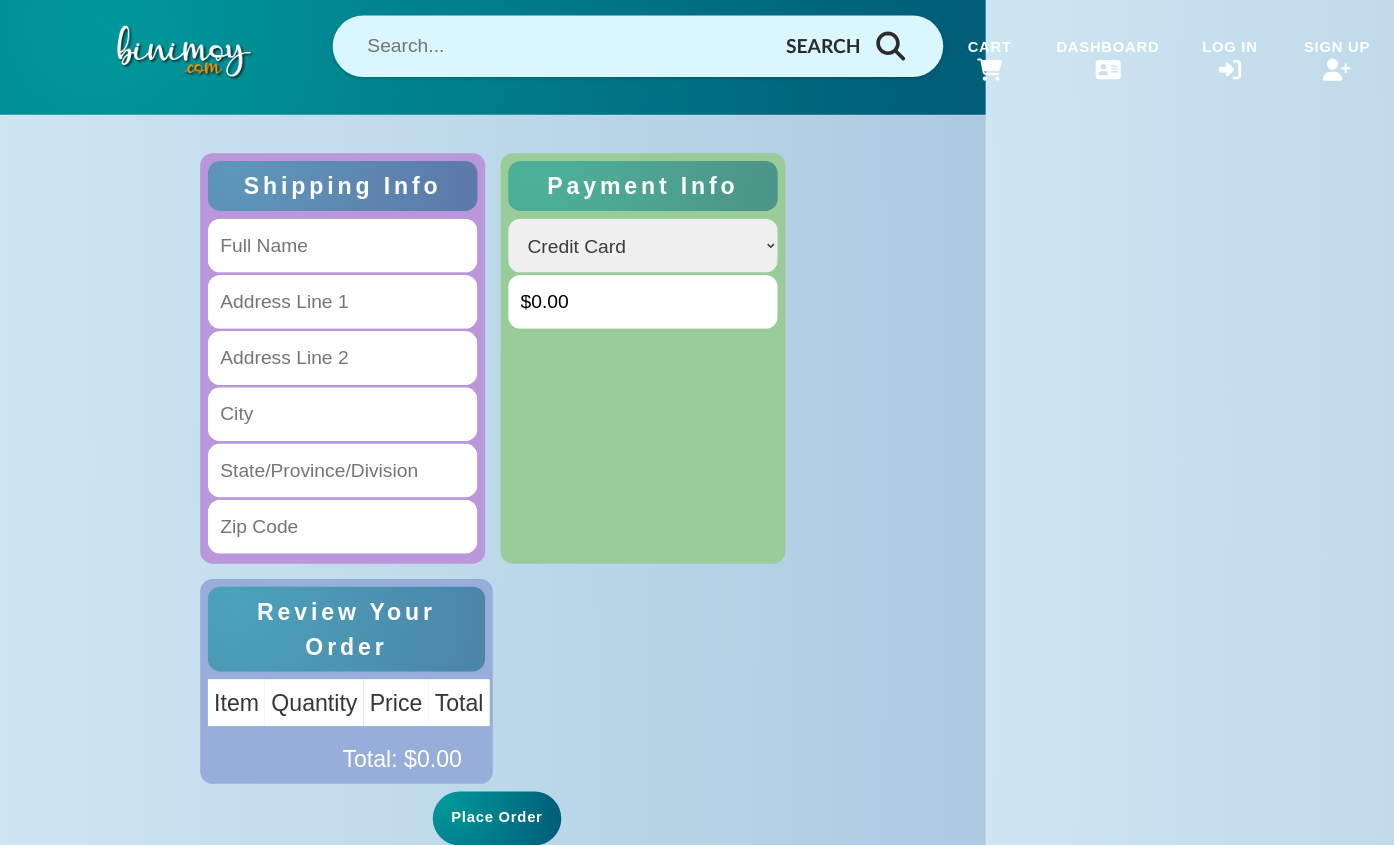
Repository: Shadman2024/2_1_DatabaseProject
Page: /checkout (app in frontend/)
The author's editor kept a copy of each file at every save. The page is drawn from the files as they stood at one save, then again after a run of saves.
The browser window is 1280 px wide. The page is 1811 px wide, so the pictures cover 1811 px, including what lies to the right of the window. The pictures show the whole page, at 77% of full size.
Some web libraries are served in a nearby version. The project was rebuilt for these pictures with package versions that can differ from the ones it lists, and the page was loaded fresh each time. Also part of the build but not shown: frontend/src/App.css, frontend/src/signUp/signup.js, frontend/src/logIn/login.js, frontend/src/Home/home.module.css, frontend/src/Home/hero.js, frontend/src/Home/hero2.js, frontend/src/Home/hero3.js, frontend/src/Home/smallcategory.module.css and 31 more.

Above is the page before, as saved 2024-03-08 15:48:15.

After the next 2 saves:
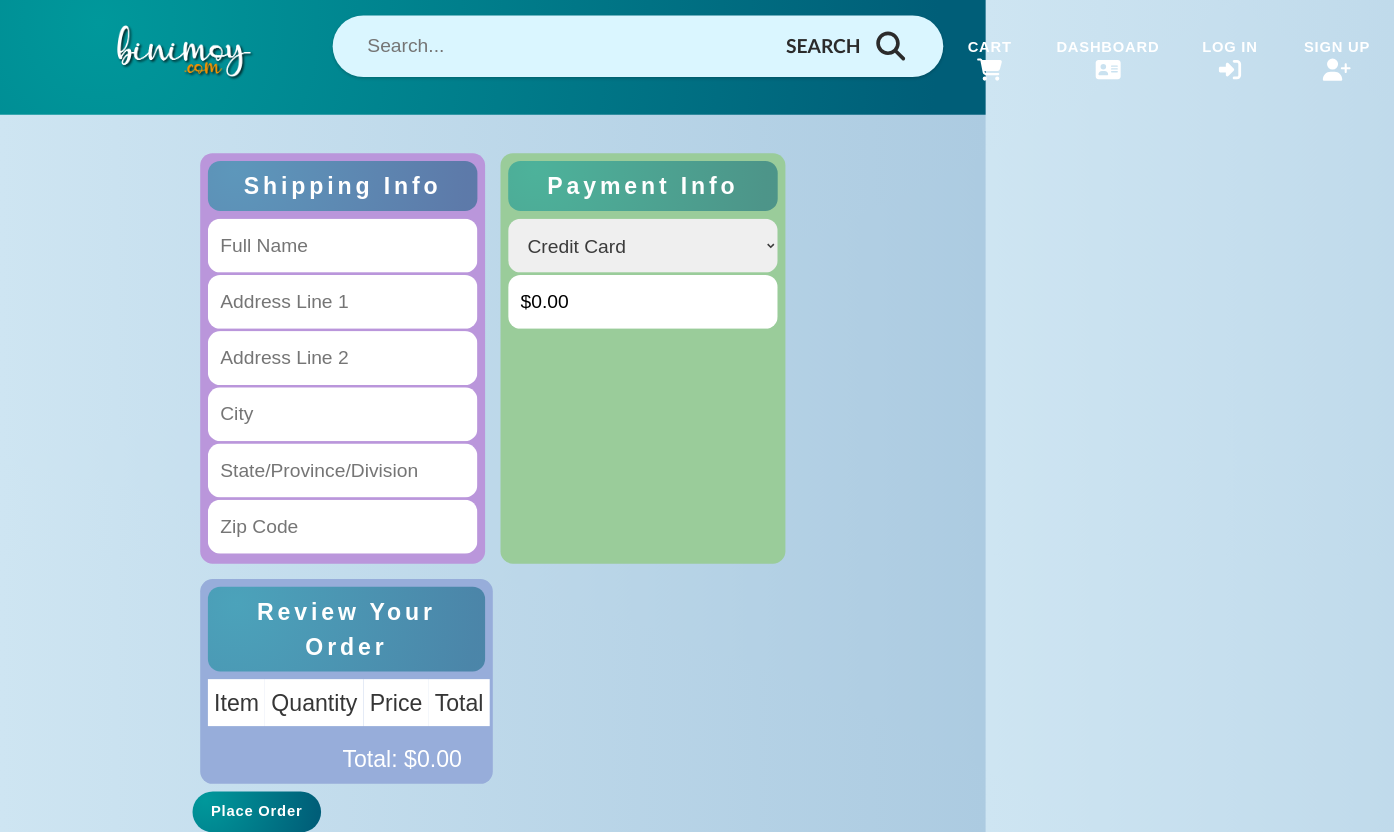
The 2 saves are shown as one change because they came seconds apart.
The last was saved 17 s later.
--- a/frontend/src/checkout/checkout.module.css
+++ b/frontend/src/checkout/checkout.module.css
@@ -158,8 +158,8 @@ input[type="text"]:focus {
 
 
   .animated_button {
-    height: 70px;
-    margin-left: 40%;
+    /* height: 70px; */
+    /* margin-left: 40%; */
     position: relative;
     display: inline-block;
     padding: 12px 24px;
